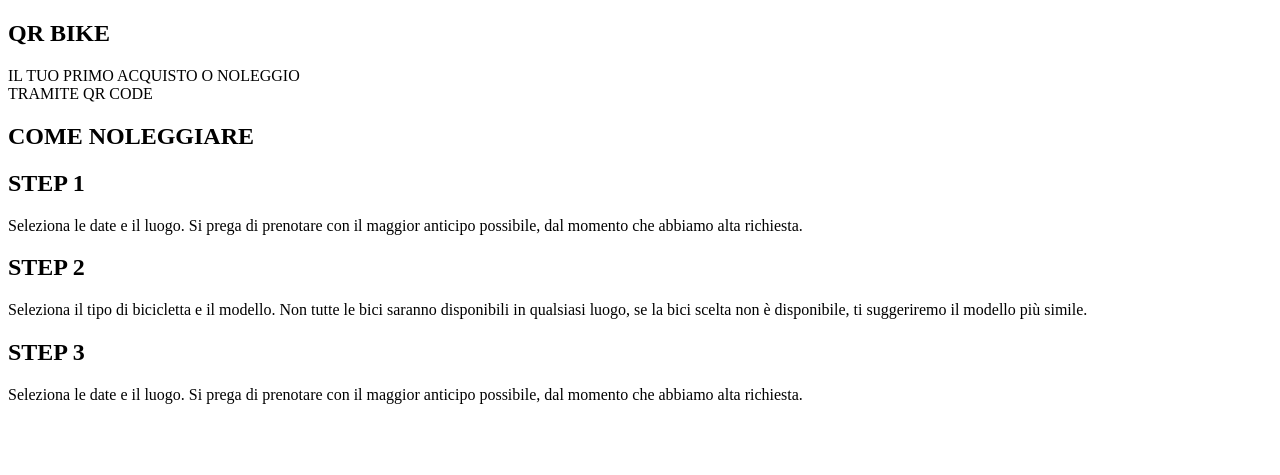
Repository: andrealepori/qrbike
Page: index.html
These files come from the project's save history. The page is drawn as it stood at one moment and after the next save; the edit follows.
The browser window is 1280 px wide. The pictures show the whole page.
Some web fonts or font styles are not loaded; a fallback is used.

Above is the page before, as saved 2020-09-17 16:04:55.

After the next save:
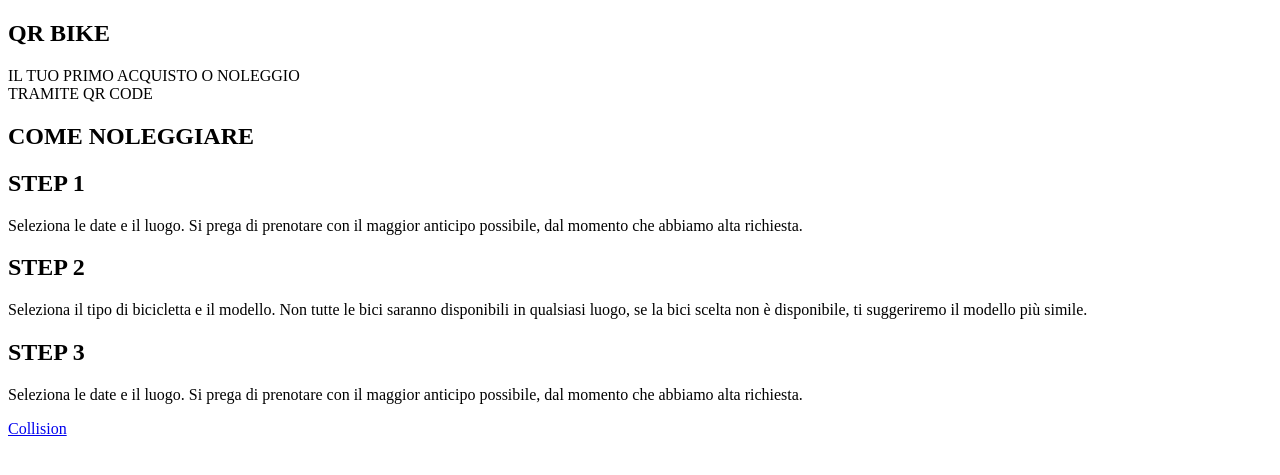
Saved 18 min 19 s later.
--- a/index.html
+++ b/index.html
@@ -80,6 +80,11 @@
         </p>
 
 
+
+        <a class="btn-11" href="#">Collision</a>
+
+
+
     </div>
 
   </section>

After the 2 saves that followed:
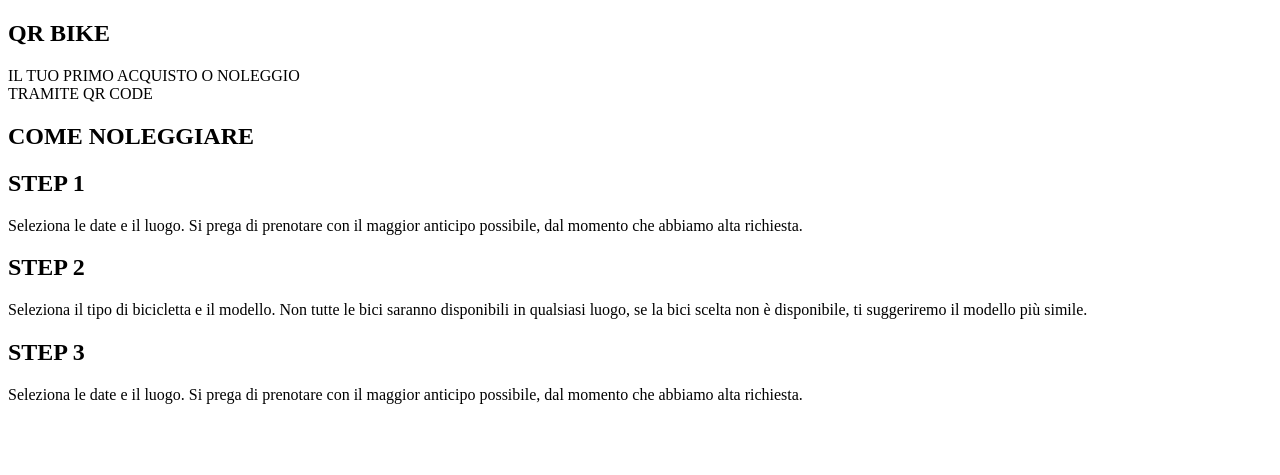
The 2 saves are shown as one change because they came seconds apart.
The last was saved 103 s later.
--- a/index.html
+++ b/index.html
@@ -80,11 +80,6 @@
         </p>
 
 
-
-        <a class="btn-11" href="#">Collision</a>
-
-
-
     </div>
 
   </section>
